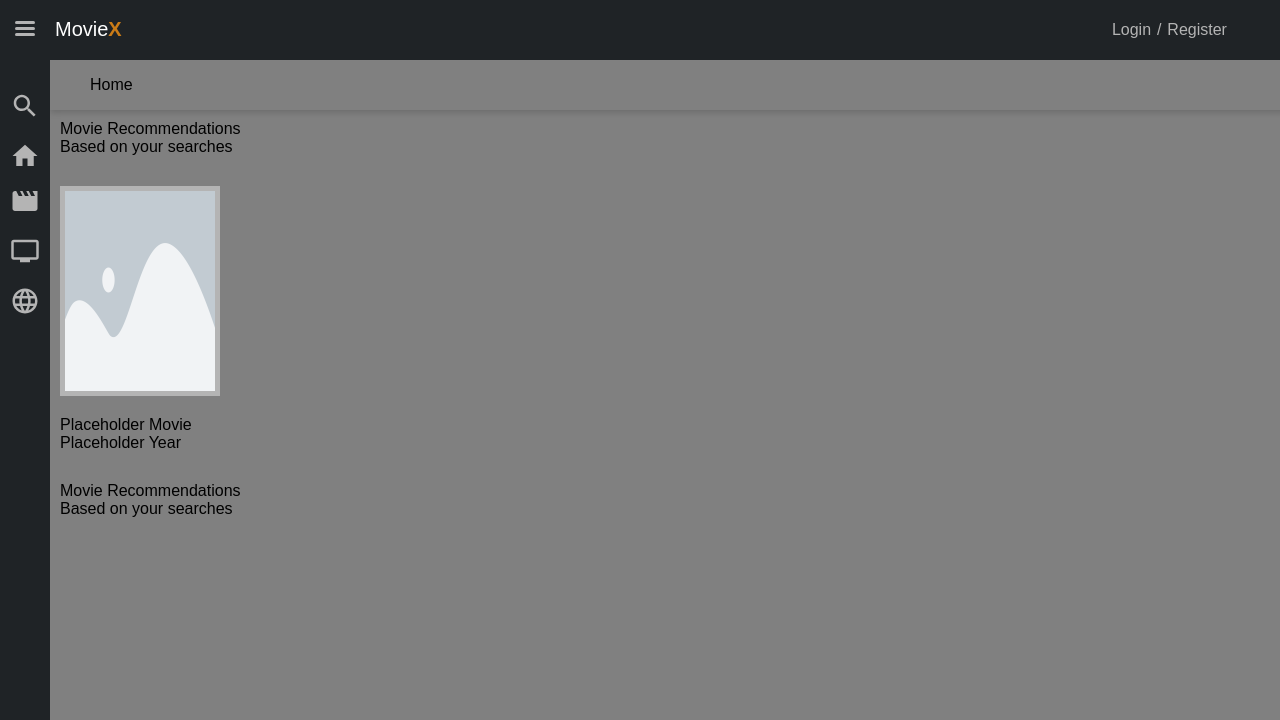
Repository: Amad-Mlinka/MovieTVBrowserNext
Page: /
These files come from the project's save history. The page is drawn as it stood at one moment and after the next save; the edit follows.
The browser window is 1280 px wide. The pictures show the whole page.
The project was rebuilt for these pictures with package versions that can differ from the ones it lists, and the page was loaded fresh each time. The framework's server and built-in components were replaced by stand-ins that run in the browser. Also part of the build but not shown: next.config.js.

Above is the page before, as saved 2021-08-06 22:25:38.

After the next save:
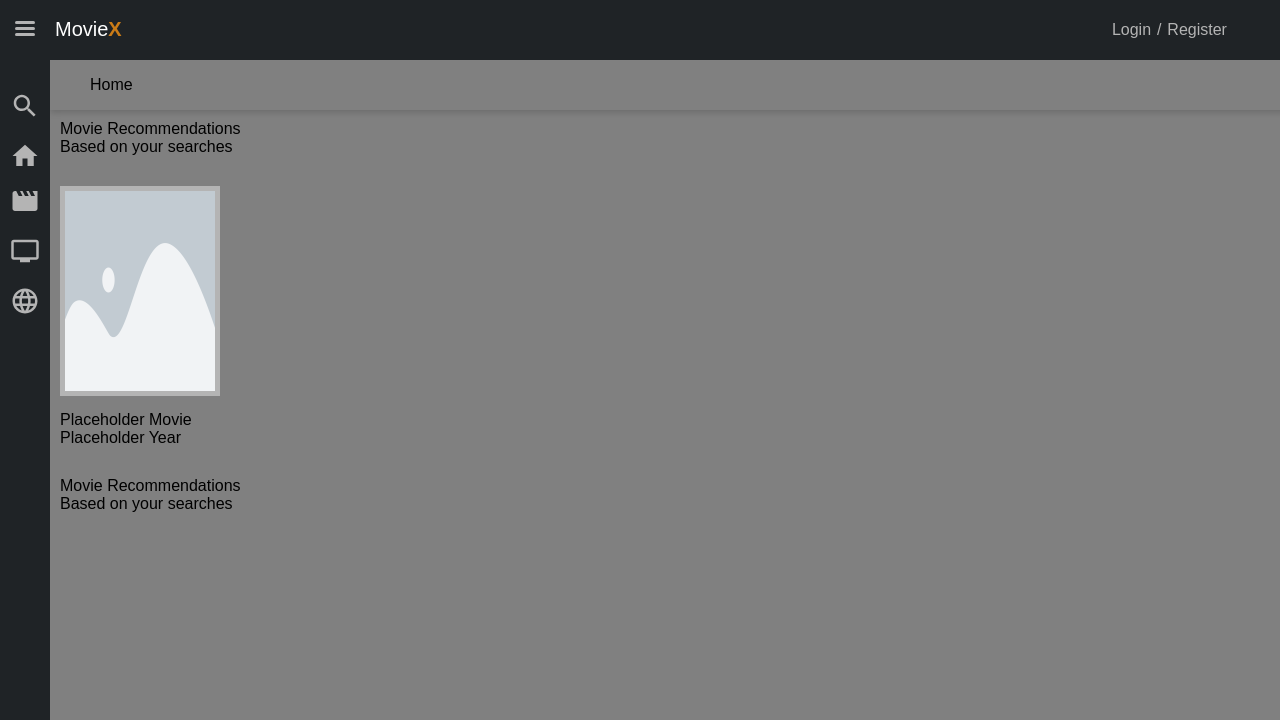
Saved 6 s later.
--- a/styles/Home.module.scss
+++ b/styles/Home.module.scss
@@ -78,7 +78,7 @@
 .mediaImageContainer{
   max-height: 210px;
   border: 5px solid $tertiary-color;
-  margin-bottom: 20px;
+  margin-bottom: 15px;
 }
 
 @keyframes fadeInUp {
